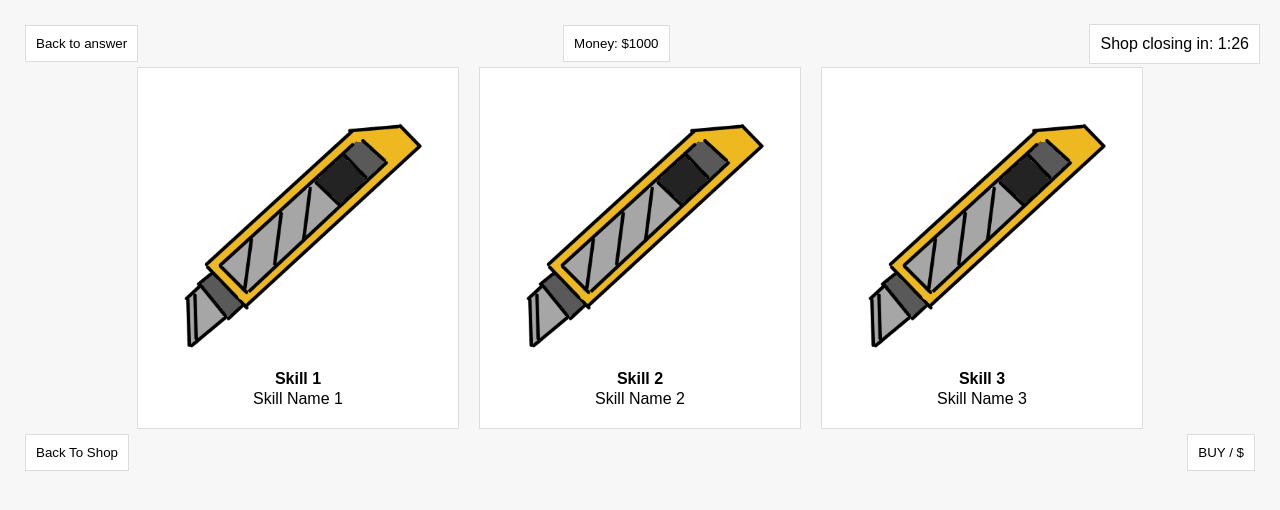
Repository: sean12-2007/Jailbreaker
Page: public/src/pages/shop_skills copy 2.html
An editor plug-in stored every save of this project. The page is shown before and after the next save, followed by the edit.
The browser window is 1280 px wide. The pictures show the whole page.

Above is the page before, as saved 2024-08-09 20:02:37.

After the next save:
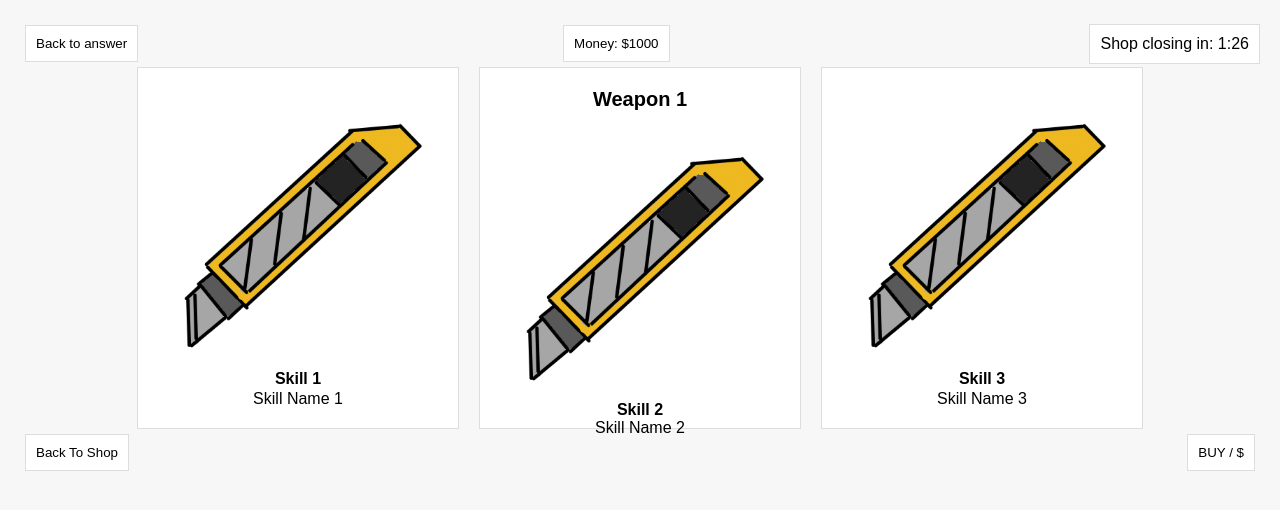
Saved 14 min 27 s later.
--- a/public/src/pages/shop_skills copy 2.html
+++ b/public/src/pages/shop_skills copy 2.html
@@ -56,6 +56,11 @@
       padding: 10px;
       text-align: center;
     }
+    .weapon-name {
+      font-size: 20px;
+      font-weight: bold;
+      margin-bottom: 10px;
+    }
   </style>
 </head>
 <body>
@@ -66,7 +71,6 @@
       <div id="startTimer">Shop closing timer</div>
     </div>
   </div>
-
   <div class="weapon-container">
     <div class="weapon">
       <img src="/images/artknife.png" alt="Weapon 1" />
@@ -74,7 +78,7 @@
       <div>Skill Name 1</div>
     </div>
     <div class="weapon">
-      <img src="/images/artknife.png" alt="Weapon 2" />
+      <div class="weapon-name">Weapon 1</div> <img src="/images/artknife.png" alt="Weapon 2" />
       <div class="skill-name">Skill 2</div>
       <div>Skill Name 2</div>
     </div>
